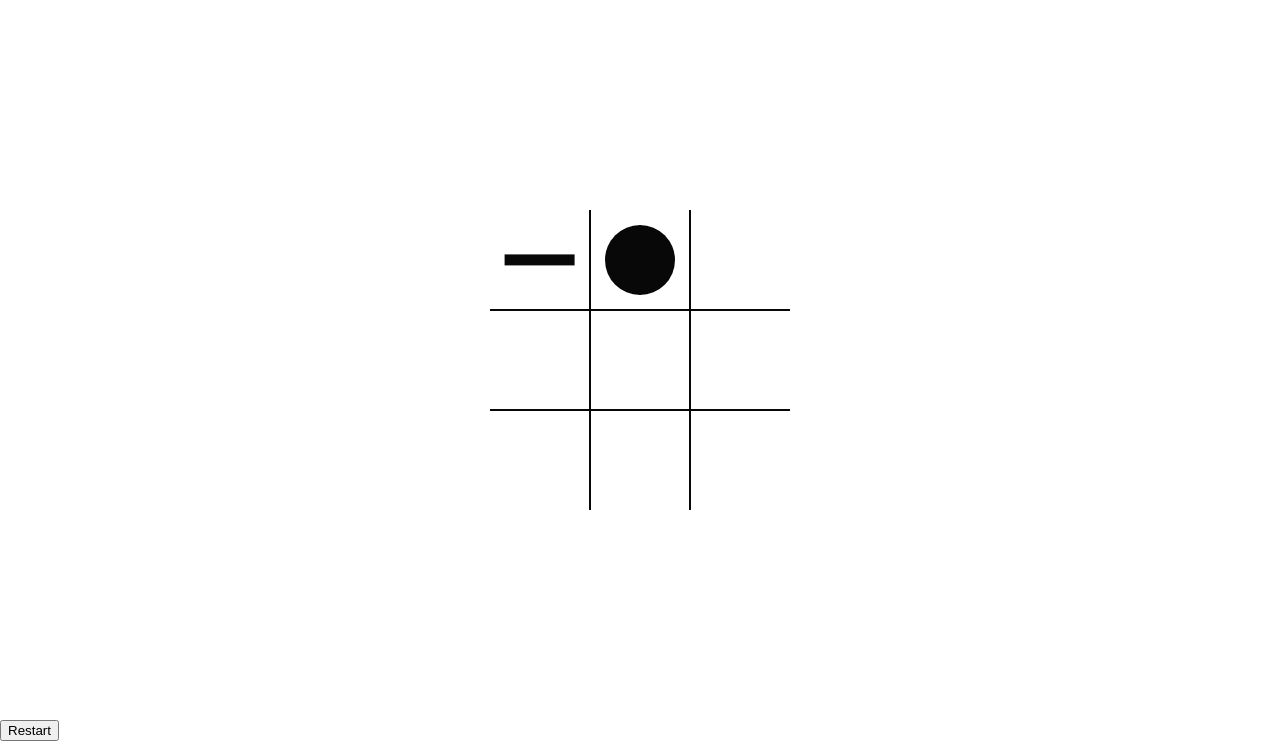
Repository: kkyler24/MCLA
Page: devFiles/TictactoeFiles/ticTacToe.html
These files come from the project's save history. The page is drawn as it stood at one moment and after the next save; the edit follows.
The browser window is 1280 px wide. The pictures show the whole page.

Above is the page before, as saved 2020-04-17 13:41:08.

### devFiles/TictactoeFiles/ticTacToe.html
<!DOCTYPE html>
<html lang="en">

<head>
    <meta charset="UTF-8">
    <meta name="viewport" content="width=device-width, initial-scale=1.0">
    <link rel="stylesheet" type="text/css" href="tictactoe.css">
    <script src="tictactoe.js" defer></script>
    <title>Tic Tac Toe</title>
</head>

<body>
    <sectionOne>
        <!-- NavBar -->
        <!-- <nav class="navbar navbar-light bg-light">
            <!-- Image Logo -->
            <!-- <a class="navbar-brand" href="#">
                <img src="/docs/4.0/assets/brand/bootstrap-solid.svg" width="30" height="30"
                    class="d-inline-block align-top" alt="">
                Bootstrap -->
            <!-- </a> -->
        </nav>
    </sectionOne>
<sectionTwo>

<div class="BoardOne" id="BoardOne">
    <div class="cellBOne dash" data-cell></div>
    <div class="cellBOne circle" data-cell></div>
    <div class="cellBOne" data-cell></div>
    <div class="cellBOne" data-cell></div>
    <div class="cellBOne" data-cell></div>
    <div class="cellBOne" data-cell></div>
    <div class="cellBOne" data-cell></div>
    <div class="cellBOne" data-cell></div>
    <div class="cellBOne" data-cell></div>
</div>
<div class="winning-message-One" id="winningMessageOne">
    <div class="data-winning-message-text-One"></div>
    <button id="restartButtonOne">Restart</button>
</div>



</sectionTwo>











</body>

### devFiles/TictactoeFiles/tictactoe.css
*,*::after, *::before{
    box-sizing: border-box;
}
:root {
    --cell-size:100px;
    --mark-size:calc(var(--cell-size)*.7);
    /* this makes the preview marks 90% of the cell size it edits the width of your dot or dash */
}

body{
    margin:0;
}

.BoardOne{
    width: 100vw;
    height: 100vh;
    display: grid;
    justify-content: center;
    align-content: center;
    align-items: center;
    justify-items: center;
    grid-template-columns: repeat(3,auto);
    /* this resizes the grid and makes all the cells automatically evenly sized */
}
.cellBOne{
    width: var(--cell-size);
    height: var(--cell-size);
    border: 1px solid rgb(8, 8, 8);
    display: flex;
    justify-content: center;
    align-items: center;
    position: relative;
}
.cellBOne:first-child,
.cellBOne:nth-child(2),
.cellBOne:nth-child(3){
    border-top: none;
}

.cellBOne:nth-child(3n+1){
    border-left: none;
}

.cellBOne:nth-child(3n+3){
    border-right: none;
}

.cellBOne:last-child,
.cellBOne:nth-child(8),
.cellBOne:nth-child(7){
    border-bottom: none;
}

.cellBOne.dash::before{
    content: "";
    width: calc(var(--mark-size)*.16);
    /* controls the height of the dashes */
    transform: rotate(90deg);
    height: var(--mark-size);
    background-color: rgb(8, 8, 8);
    /* controls how the dashes look */
    position: relative;
}

.cellBOne.circle::after{
    content: "";
    position: absolute;
    width: calc(var(--mark-size)*1);
    /* controls the height of the cricles */
    /* transform: rotate(90deg); */
    height: calc(var(--mark-size)*1);
    background-color: rgb(8, 8, 8);
    /* controls how the dashes look */
    border-radius: 50%;

}

Loaded but not shown: devFiles/TictactoeFiles/tictactoe.js (no stored copy; drawn as an empty file)

After the next save:
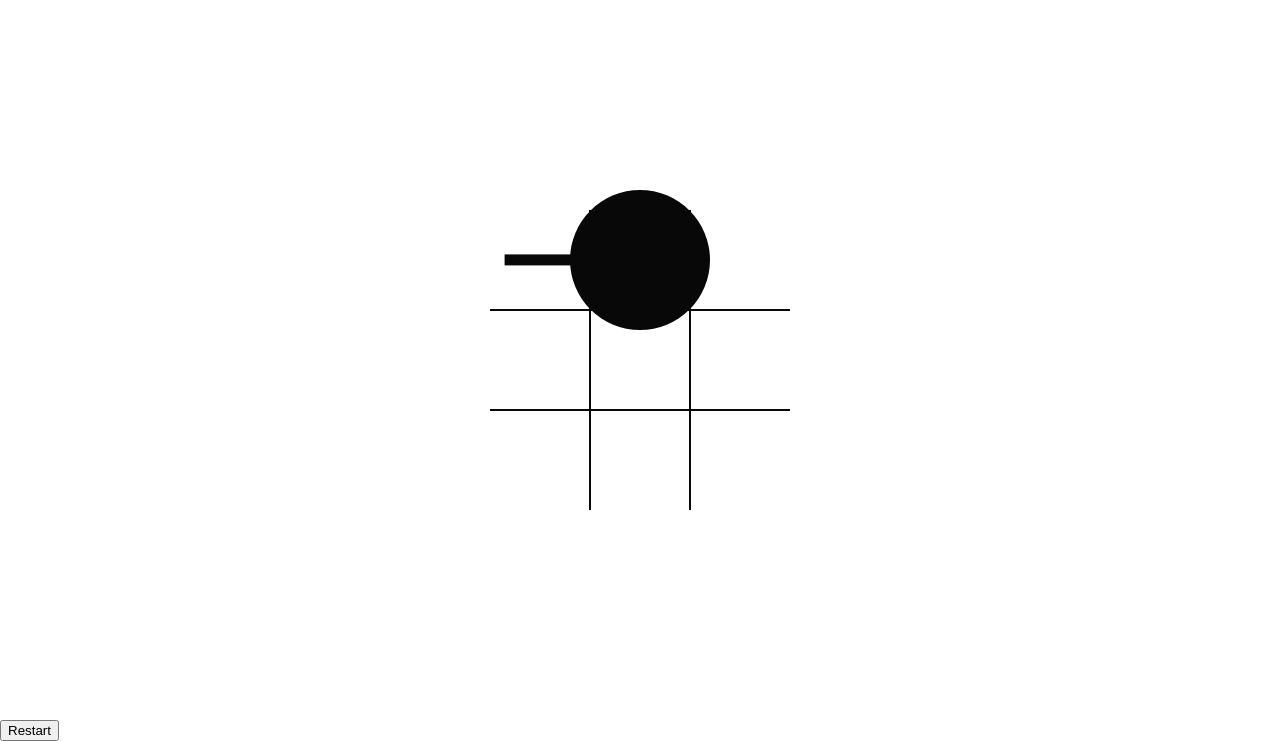
Saved 7 s later.
--- a/devFiles/TictactoeFiles/tictactoe.css
+++ b/devFiles/TictactoeFiles/tictactoe.css
@@ -65,10 +65,10 @@ body{
 .cellBOne.circle::after{
     content: "";
     position: absolute;
-    width: calc(var(--mark-size)*1);
+    width: calc(var(--mark-size)*2);
     /* controls the height of the cricles */
     /* transform: rotate(90deg); */
-    height: calc(var(--mark-size)*1);
+    height: calc(var(--mark-size)*2);
     background-color: rgb(8, 8, 8);
     /* controls how the dashes look */
     border-radius: 50%;
